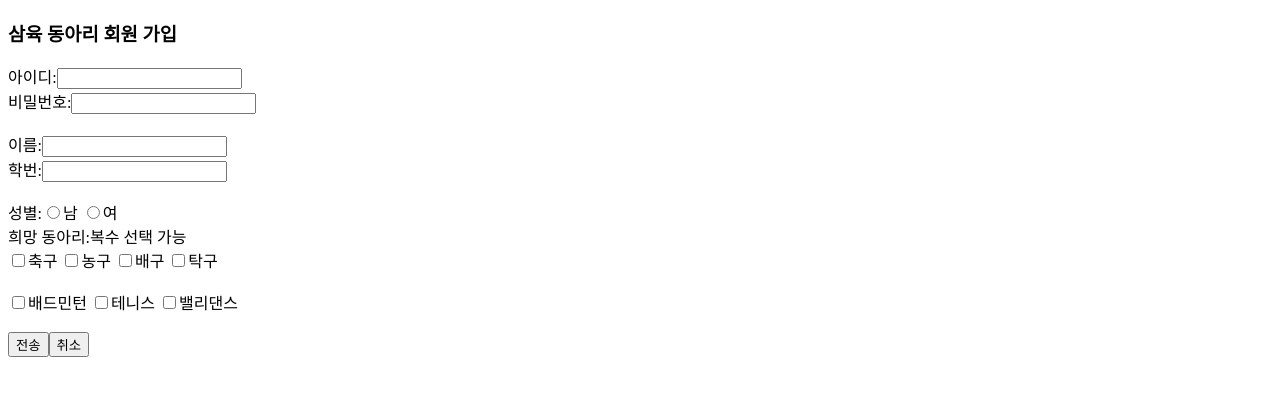
Repository: 2er0127/oracleSQL
Page: http://localhost/jsp/JSPFormTest01.jsp
These files come from the project's save history. The page is drawn as it stood at one moment and after the next save; the edit follows.
The browser window is 1280 px wide. The pictures show the whole page.
The page is served by Tomcat 9.

Above is the page before, as saved 2020-11-30 14:04:24.

After the next save:
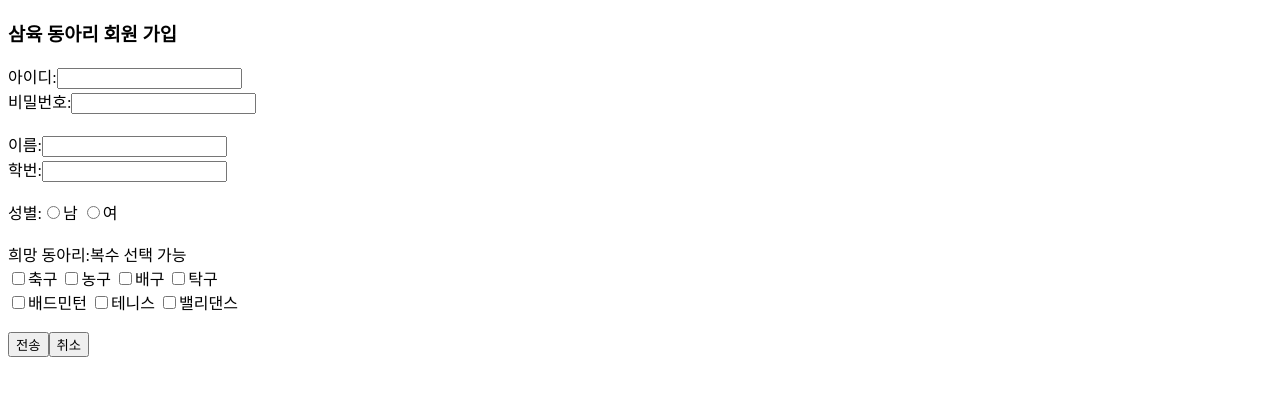
Saved 30 s later.
--- a/jsp/Webapp/JSPFormTest01.jsp
+++ b/jsp/Webapp/JSPFormTest01.jsp
@@ -16,13 +16,13 @@
 학번:<input type="text" name="hakbun"><br>
 <br>
 성별:<input type="radio" name="s" value="남">남 <input type="radio" name="s" value="여">여
-<br>
+<br><br>
 희망 동아리:복수 선택 가능
 <br>
 <input type="checkbox" name="dongahri" value="축구">축구
 <input type="checkbox" name="dongahri" value="농구">농구
 <input type="checkbox" name="dongahri" value="배구">배구
-<input type="checkbox" name="dongahri" value="탁구">탁구 <br>
+<input type="checkbox" name="dongahri" value="탁구">탁구
 <br>
 <input type="checkbox" name="dongahri" value="배드민턴">배드민턴
 <input type="checkbox" name="dongahri" value="테니스">테니스
